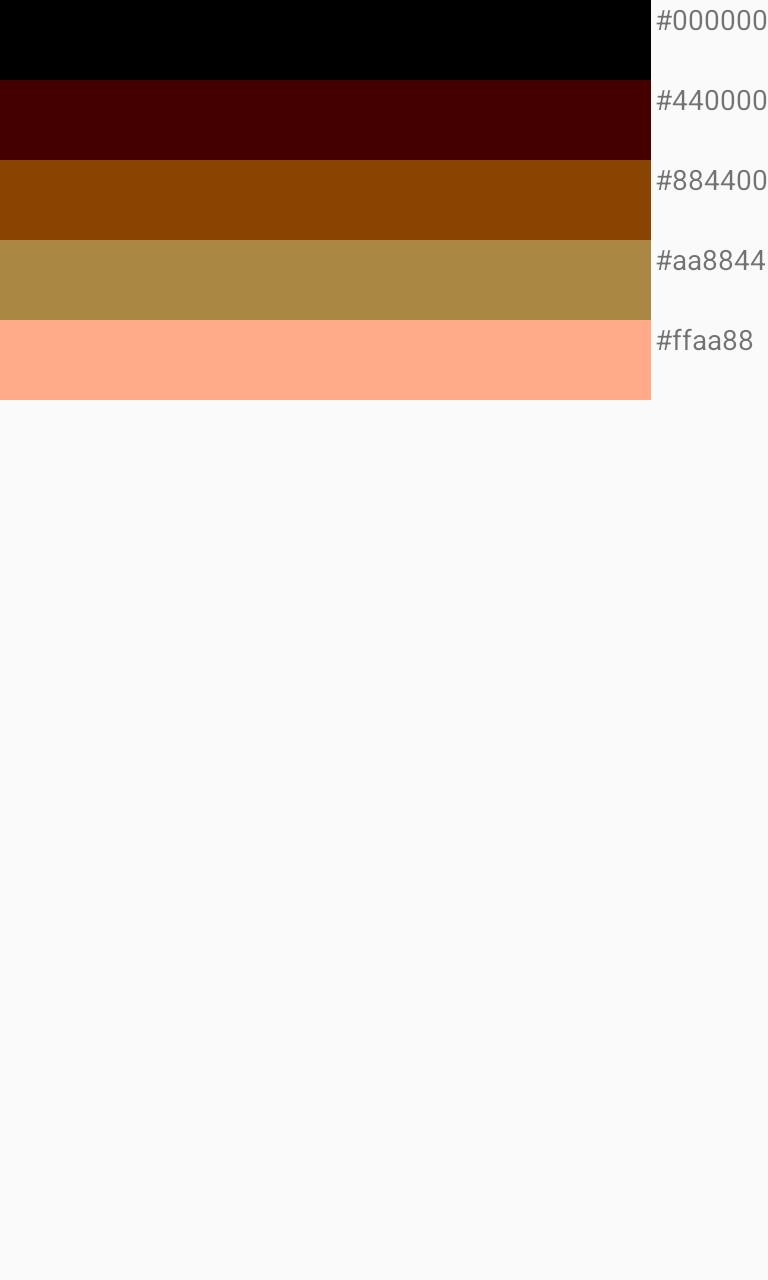
Repository: fitrahyusuf/FITRAH
Layout: MengenalScrollView/res/layout/main.xml
These files come from the project's save history. The layout is drawn as it stood at one moment and after a run of saves; the edit follows.
It is drawn on a 768 x 1280 px phone screen (xhdpi) without system bars, with theme AppTheme; the app's code is not run.

Above is the layout before, as saved 2015-05-05 10:32:52.

### MengenalScrollView/res/layout/main.xml
<?xml version="1.0" encoding="utf-8" ?>
<ScrollView

    xmlns:android="http://schemas.android.com/apk/res/android"
    android:id="@+id/scrollView"
    android:layout_width="fill_parent"
    android:layout_height="fill_parent">

    <TableLayout android:id="@+id/tableLayout1"
        android:layout_width="fill_parent"
        android:layout_height="fill_parent"
        android:stretchColumns="0">

        <TableRow>
            <View android:background="#000000"
                android:layout_height="80px">
            </View>
            <TextView android:paddingLeft="4px"
                android:text="#000000"
                android:gravity="center_vertical">
            </TextView>
        </TableRow>
        <TableRow>
            <View android:background="#440000"
                android:layout_height="80px">
            </View>
            <TextView android:paddingLeft="4px"
                android:text="#440000"
                android:gravity="center_vertical">
            </TextView>
        </TableRow>
        <TableRow>
            <View android:background="#884400"
                android:layout_height="80px">
            </View>
            <TextView android:paddingLeft="4px"
                	android:text="#884400"
                	android:gravity="center_vertical">
            </TextView>
        </TableRow>
        <TableRow>
            <View android:background="#aa8844"
                android:layout_height="80px">
            </View>
            <TextView android:paddingLeft="4px"
                android:text="#aa8844"
                android:gravity="center_vertical">
            </TextView>
        </TableRow>
        <TableRow>
            <View android:background="#ffaa88"
                android:layout_height="80px">
            </View>
            <TextView android:paddingLeft="4px"
                android:text="#ffaa88"
            	android:gravity="center_vertical">
            </TextView>
        </TableRow>
    </TableLayout>
</ScrollView>

Loaded but not shown: MengenalScrollView/res/values/styles.xml (common file); MengenalScrollView/res/values-v11/styles.xml (common file); MengenalScrollView/res/values-v14/styles.xml (common file)

After the next 2 saves:
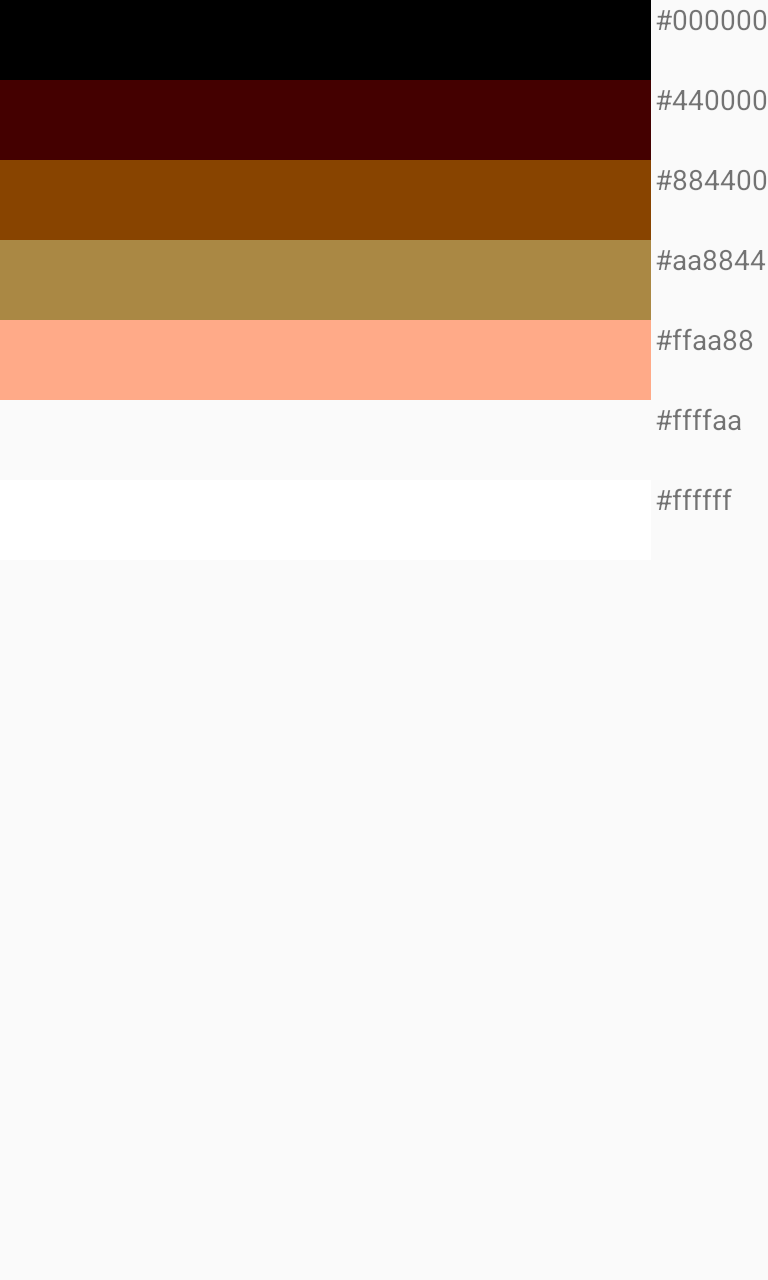
The 2 saves are shown as one change because 1 did not build or start.
The last was saved 2 h 6 min later.
--- a/MengenalScrollView/res/layout/main.xml
+++ b/MengenalScrollView/res/layout/main.xml
@@ -56,5 +56,24 @@
             	android:gravity="center_vertical">
             </TextView>
         </TableRow>
+       	 <TableRow>
+       		<View android:background="ffffaa"
+       		    android:layout_height="80px">
+       		</View>
+       		<TextView android:paddingLeft="4px"
+       		    android:text="#ffffaa"
+       		    android:gravity="center_vertical">
+       		</TextView>
+        </TableRow>
+        <TableRow>
+            <View android:background="#ffffff"
+                android:layout_height="80px">
+            </View>
+            <TextView android:paddingLeft="4px"
+                android:text="#ffffff"
+                android:gravity="center_vertical">
+
+            </TextView>
+        </TableRow>
     </TableLayout>
 </ScrollView>
